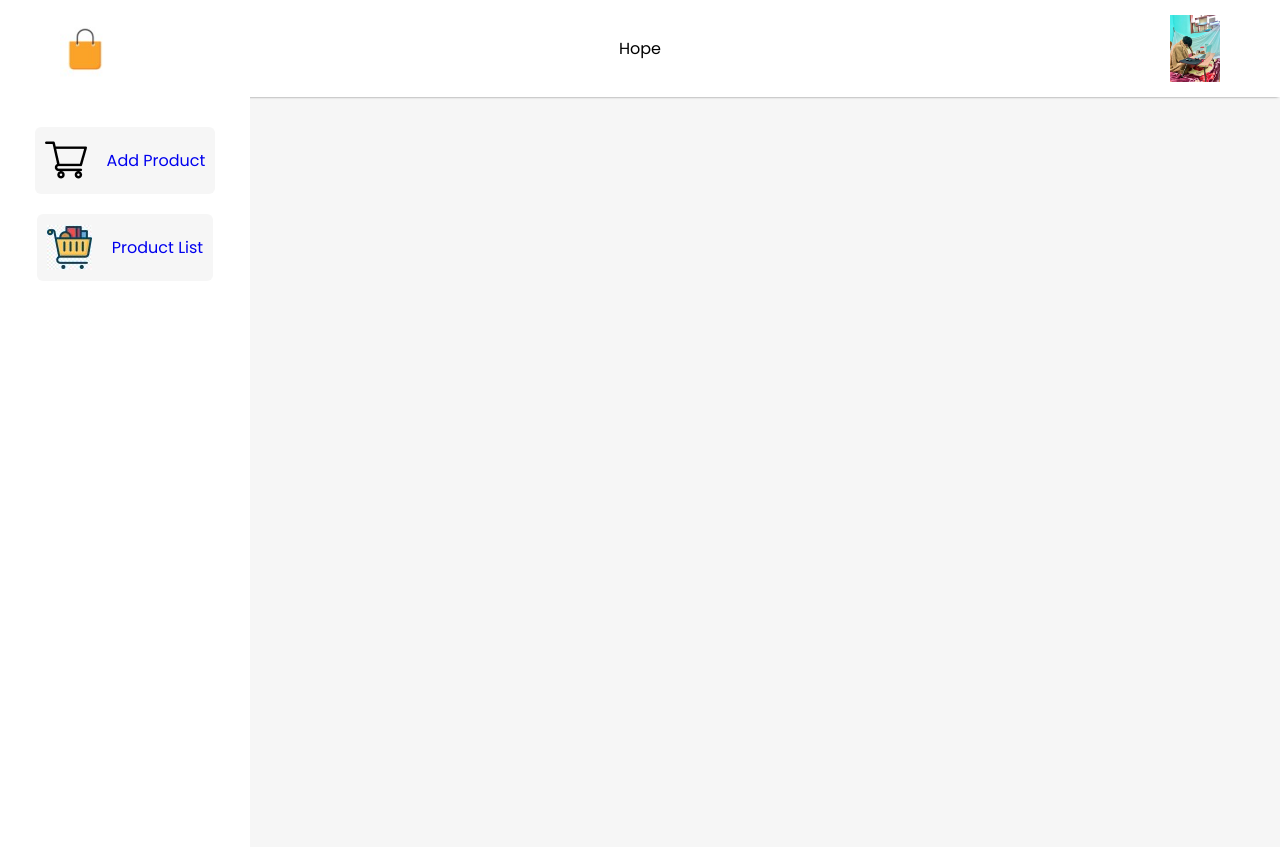
Repository: ititiu20201/Shopping-Online
Page: / (app in admin/)
These files come from the project's save history. The page is drawn as it stood at one moment and after the next save; the edit follows.
The browser window is 1280 px wide. The pictures show the whole page.
The project was rebuilt for these pictures with package versions that can differ from the ones it lists, and the page was loaded fresh each time. Also part of the build but not shown: Admin/vite.config.js, admin/src/Pages/Admin/Admin.css.

Above is the page before, as saved 2024-06-18 19:06:23.

After the next save:
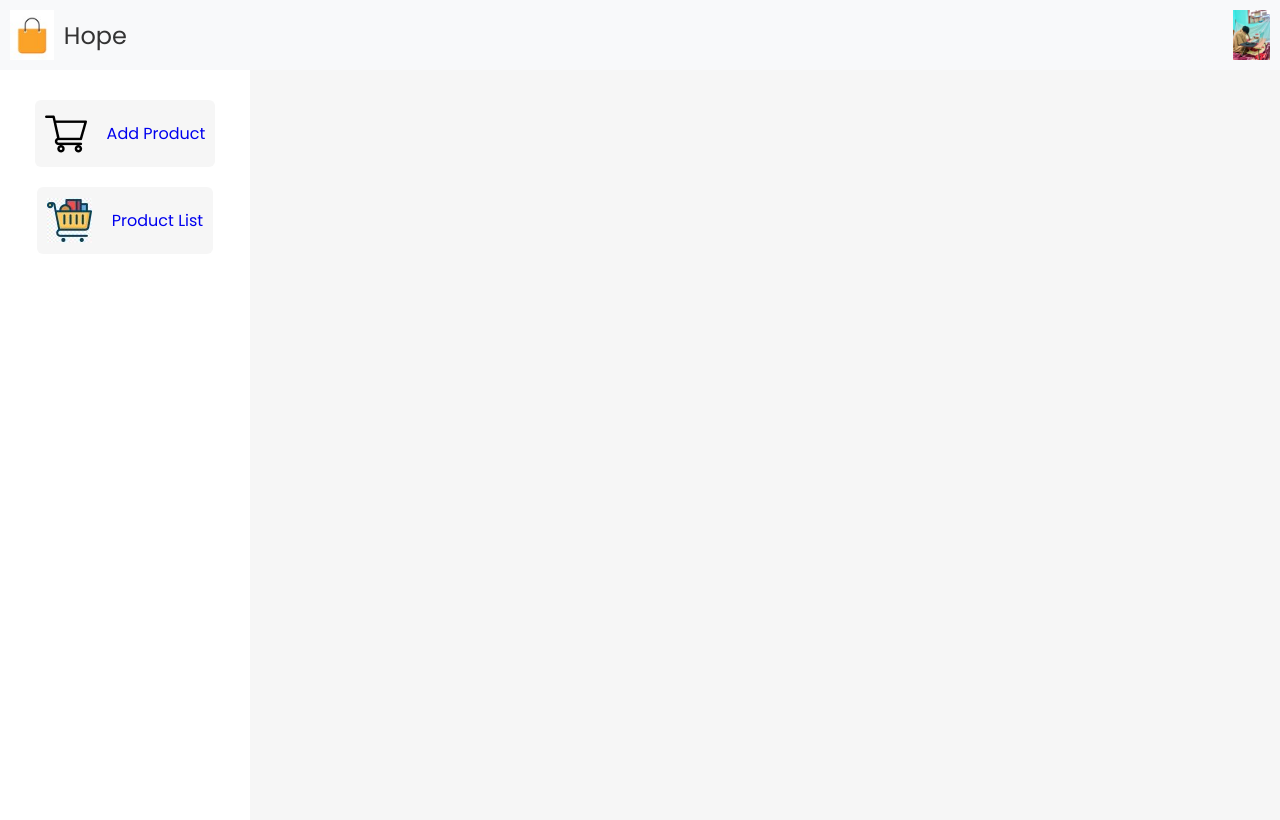
Saved 2 h 1 min later.
--- a/admin/src/Components/Navbar/Navbar.css
+++ b/admin/src/Components/Navbar/Navbar.css
@@ -1,4 +1,4 @@
-.navbar {
+/* .navbar {
   display: flex;
   align-items: center;
   justify-content: space-between;
@@ -28,4 +28,27 @@
   .nav-profile {
     width: 60px;
   }
+} */
+
+.navbar {
+  display: flex;
+  align-items: center;
+  padding: 10px;
+  background-color: #f8f9fa; /* optional: add a background color */
 }
+
+.nav-logo {
+  height: 50px; /* adjust size as needed */
+  margin-right: 10px; /* space between the logo and text */
+}
+
+.nav-profile {
+  height: 50px; /* adjust size as needed */
+  margin-left: auto; /* push the profile image to the far right */
+}
+
+.navbar p {
+  margin: 0;
+  font-size: 1.5em; /* adjust font size as needed */
+  color: #333; /* optional: change text color */
+}

After the save that followed:
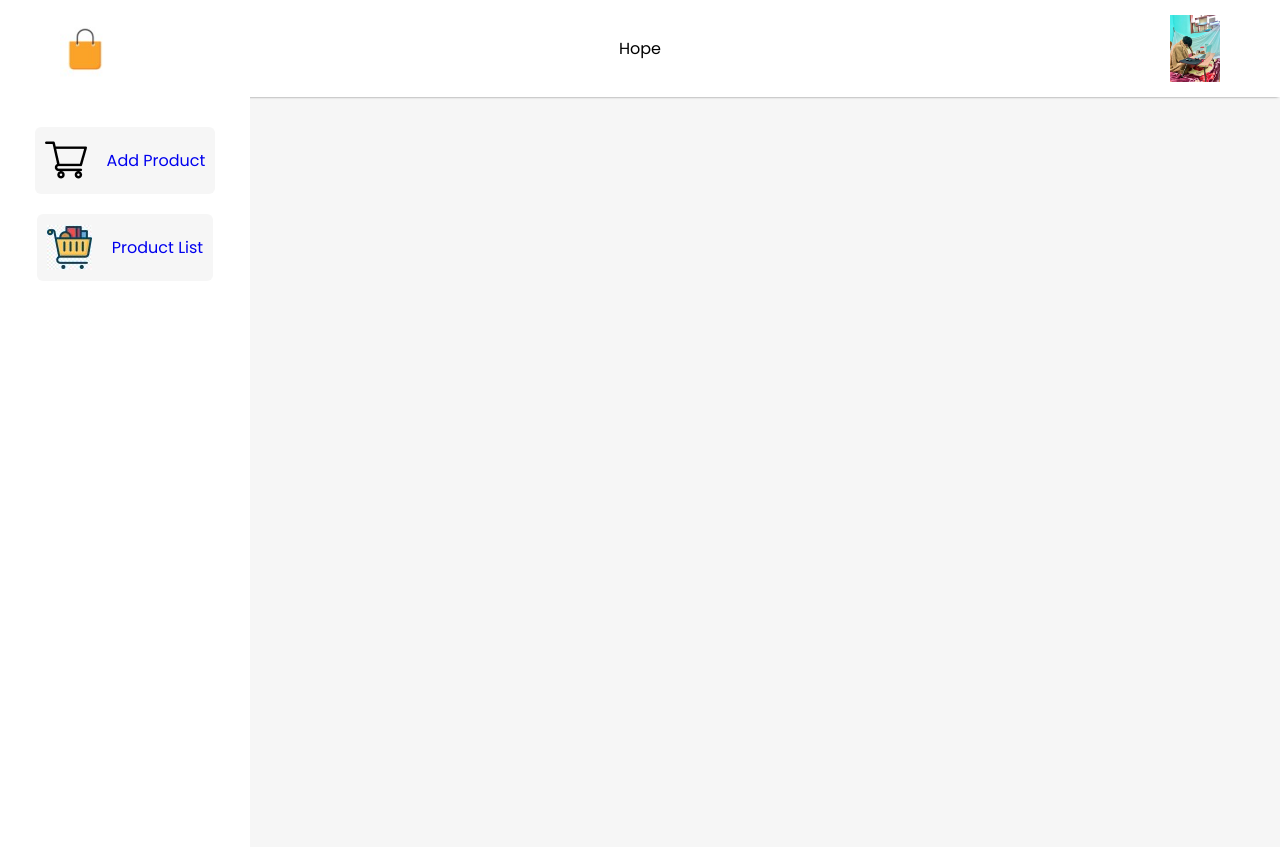
Saved 111 s later.
--- a/admin/src/Components/Navbar/Navbar.css
+++ b/admin/src/Components/Navbar/Navbar.css
@@ -1,4 +1,4 @@
-/* .navbar {
+.navbar {
   display: flex;
   align-items: center;
   justify-content: space-between;
@@ -10,9 +10,12 @@
 .nav-logo {
   width: 50px;
 }
-.p {
-  width: 150px;
+.nav-logo p {
+  color: #171717;
+  font-size: 38px;
+  font-weight: 600;
 }
+
 .nav-profile {
   width: 50px;
 }
@@ -28,27 +31,4 @@
   .nav-profile {
     width: 60px;
   }
-} */
-
-.navbar {
-  display: flex;
-  align-items: center;
-  padding: 10px;
-  background-color: #f8f9fa; /* optional: add a background color */
 }
-
-.nav-logo {
-  height: 50px; /* adjust size as needed */
-  margin-right: 10px; /* space between the logo and text */
-}
-
-.nav-profile {
-  height: 50px; /* adjust size as needed */
-  margin-left: auto; /* push the profile image to the far right */
-}
-
-.navbar p {
-  margin: 0;
-  font-size: 1.5em; /* adjust font size as needed */
-  color: #333; /* optional: change text color */
-}
